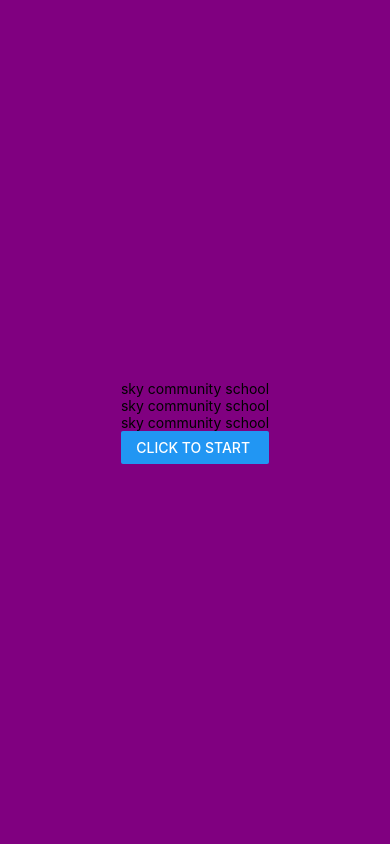
Repository: 2000-Nanayaw/MobileApp
Screen: /
An editor plug-in stored every save of this project. The screen is shown before and after the next save, followed by the edit.
The app was drawn by React Native's web renderer in a window 390 px wide. The project was rebuilt for these pictures with package versions that can differ from the ones it lists, and the page was loaded fresh each time.

Above is the screen before, as saved 2023-08-24 01:45:27.

After the next save:
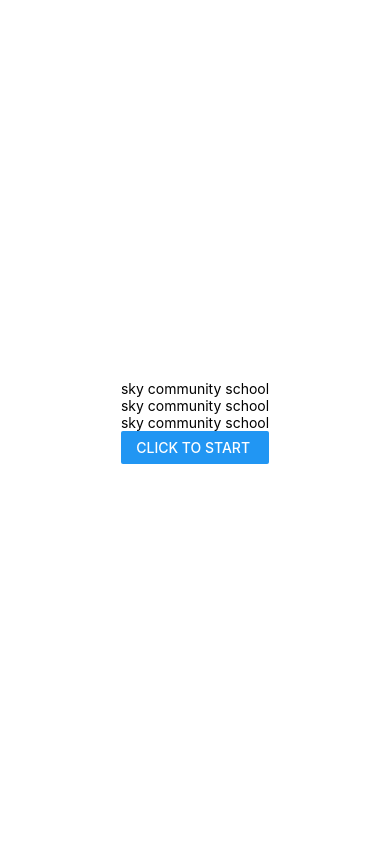
Saved 9 s later.
--- a/App.js
+++ b/App.js
@@ -18,7 +18,7 @@ import { Button, StyleSheet, Text, View } from 'react-native';
 const styles = StyleSheet.create({
   container: {
     flex: 1,
-    backgroundColor: 'purple',
+    backgroundColor: 'white',
     alignItems: 'center',
     justifyContent: 'center',
 
